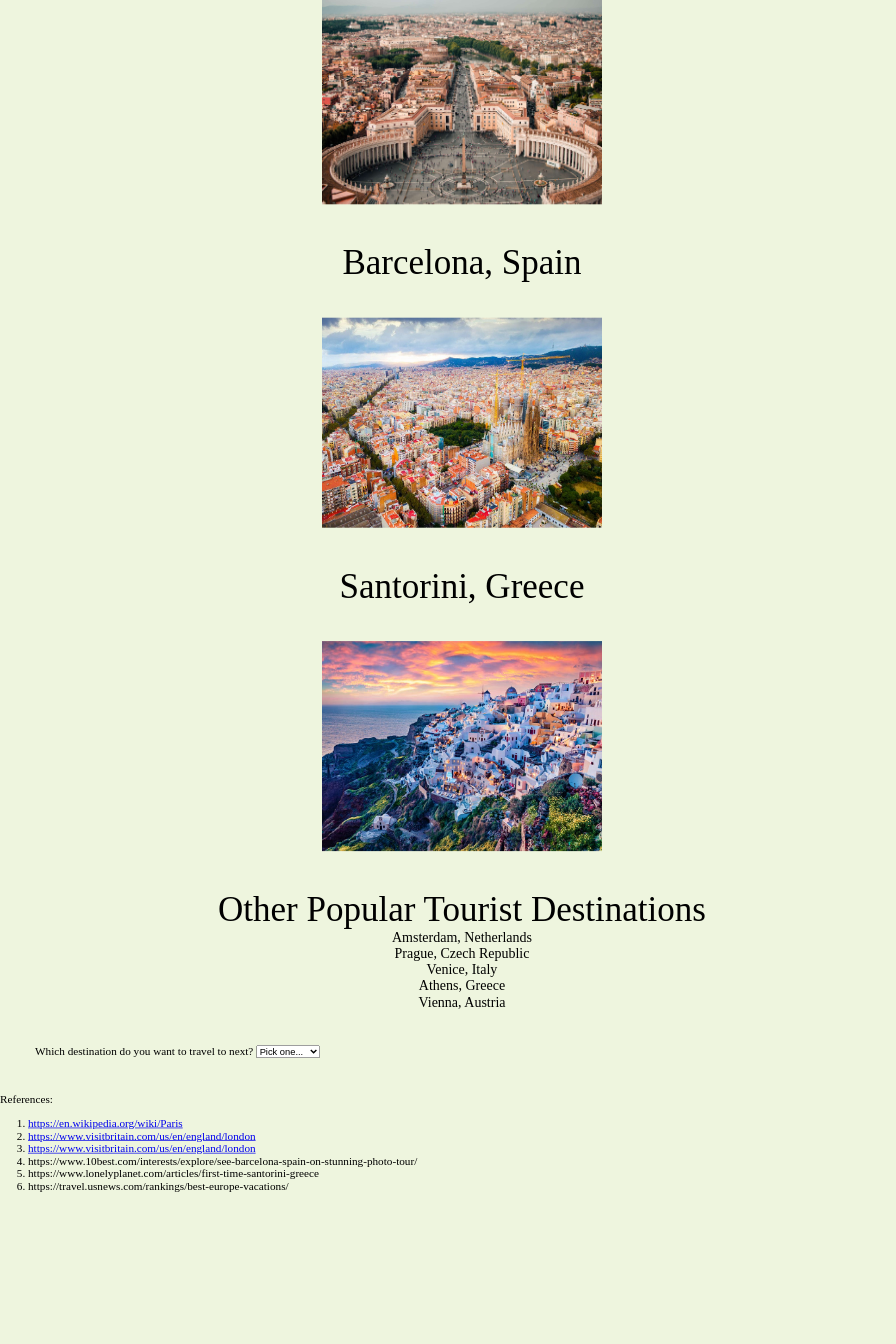
Repository: alharama/StaticWebsite
Page: eu_page.html
An editor plug-in stored every save of this project. The page is shown before and after the next save, followed by the edit.
The browser window is 1280 px wide. The pictures show the part of the page from y = 1757 to 3677 px (the page is 3677 px tall before and 3659 px after), at 70% of full size.

Above is the page before, as saved 2021-09-30 00:45:27.

### eu_page.html
<!DOCTYPE html>
<html>
<head>

    <link rel = "stylesheet" type="text/css" href="StyleSheet.css">;
    <link rel="icon" href="World.ico">;

    <title> Europe </title>

    <style>

        #eu {
            display: block;
            margin-left: auto;
            margin-right: auto;
            margin-top: 30px;
            width: auto;
            height: 300px;

        }
    </style>

</head>

    <header>
        Europe


        <div id="languages">
            <span>Hello</span>
            <span>Bonjour</span>
            <span>Marhabaan</span>
            <span>Zdravstvuyte</span>
            <span>nǐ hǎo</span>
            <span>Salve</span>
            <span>Konnichiwa</span>
            <span>Guten Tag</span>
            <span>Goddag</span>
            <span>Shikamoo</span>
        </div>
    </header>

    <body>

        <nav class="top_nav">
            <ul id="top_nav">
                <li><a href="/index.html">Home</a></li>
                <li><a href="/na_page.html">North America</a></li>
                <li><a href="/sa_page.html">South America</a></li>
                <li><a href="/eu_page.html">Europe</a></li>
                <li><a href="/af_page.html">Africa</a></li>
                <li><a href="/as_page.html">Asia</a></li>
                <li><a href="/au_page.html">Australia</a></li>
                <li><a href="/ant_page.html">Antarctica</a></li>
            </ul>
        </nav>


        <img id="eu" src="images/Europe.png" alt="Europe">
        <h1> Top Tourist Destinations in Europe</h1>


        <ul class = "tourist_spots">
            <li> Paris, France </li>

            <span><img id="dest" src="images/Paris.jpeg" alt="Paris">  </span>
            <li> London, United Kingdom </li>
            <span><img id = "dest" src="images/London.jpeg" alt="London">  </span>
            <li> Rome, Italy</li>
            <span><img id = "dest" src="images/Rome.jpeg" alt = "Rome">  </span>
            <li> Barcelona, Spain</li>
            <span><img id = "dest" src="images/Barcelona.jpeg" alt="Barcelona">  </span>
            <li> Santorini, Greece</li>
            <span><img id="dest" src="images/Santorini.jpeg" alt="Santorini">  </span>

            <div class = "extra_destinations">
                <span id="other_dest_header"> Other Popular Tourist Destinations</span>
                <li>  Amsterdam, Netherlands</li>
                <li> Prague, Czech Republic</li>
                <li> Venice, Italy</li>
                <li> Athens, Greece</li>
                <li> Vienna, Austria</li>
            </div>

        </ul>

        <div id="survey">

            Which destination do you want to travel to next?
            <select>
                <option>Pick one...</option>
                <option>Paris</option>
                <option>London</option>
                <option>Rome</option>
                <option>Barcelona</option>
                <option>Santorini</option>
                <option>Amsterdam</option>
                <option>Prague</option>
            </select>

        </div>

    </body>


    <footer>

        References:

        <ol>
            <li><a href="https://en.wikipedia.org/wiki/Paris">https://en.wikipedia.org/wiki/Paris</a></li>
            <li><a href="https://www.visitbritain.com/us/en/england/london">https://www.visitbritain.com/us/en/england/london</a></li>
            <li><a href="https://www.visitbritain.com/us/en/england/london">https://www.visitbritain.com/us/en/england/london</a></li>
            <li>https://www.10best.com/interests/explore/see-barcelona-spain-on-stunning-photo-tour/</li>
            <li>https://www.lonelyplanet.com/articles/first-time-santorini-greece</li>
            <li>https://travel.usnews.com/rankings/best-europe-vacations/</li>
        </ol>

    </footer>

</html>

### StyleSheet.css

 @import url('https://fonts.googleapis.com/css2?family=Kaushan+Script&display=swap');



 header {
    text-align: center;
    padding: 5px;
    font-family: 'Kaushan Script', cursive;
    font-size: 100px;
    border-bottom: 1px solid;

}

body{
    background: rgb(238, 245, 222);
    margin: 0px;
    padding-bottom: 200px;
}

.top_nav {
    width: 100%;
    font-size: 40px;
    text-align: center;
    color: red;

}

.top_nav ul {
    margin: 0px;
    color: blue;
}

.top_nav li {
    display: inline-block;

}

.top_nav a {
    text-decoration:underline;
    color: rgb(175, 52, 52);

}

.top_nav a:hover {
    background-color: lightgray;
}


#languages{

    display: flex;
    font-size: 20px;
    justify-content:space-around;
}



 h1 {
    text-align: center;
    font-family: 'Kaushan Script', cursive;
}

.tourist_spots {
    text-align: center;
}
.tourist_spots li {
    list-style: none;
    text-align: center;
    font-size: 50px;

}


#dest {
    width: 400px;
    height: 300px;
    padding: 50px;
}

#other_dest_header {
    font-size: 50px;
}
.extra_destinations li{
    font-size: 20px;
}

#survey {
    margin: 50px;
}

After the next save:
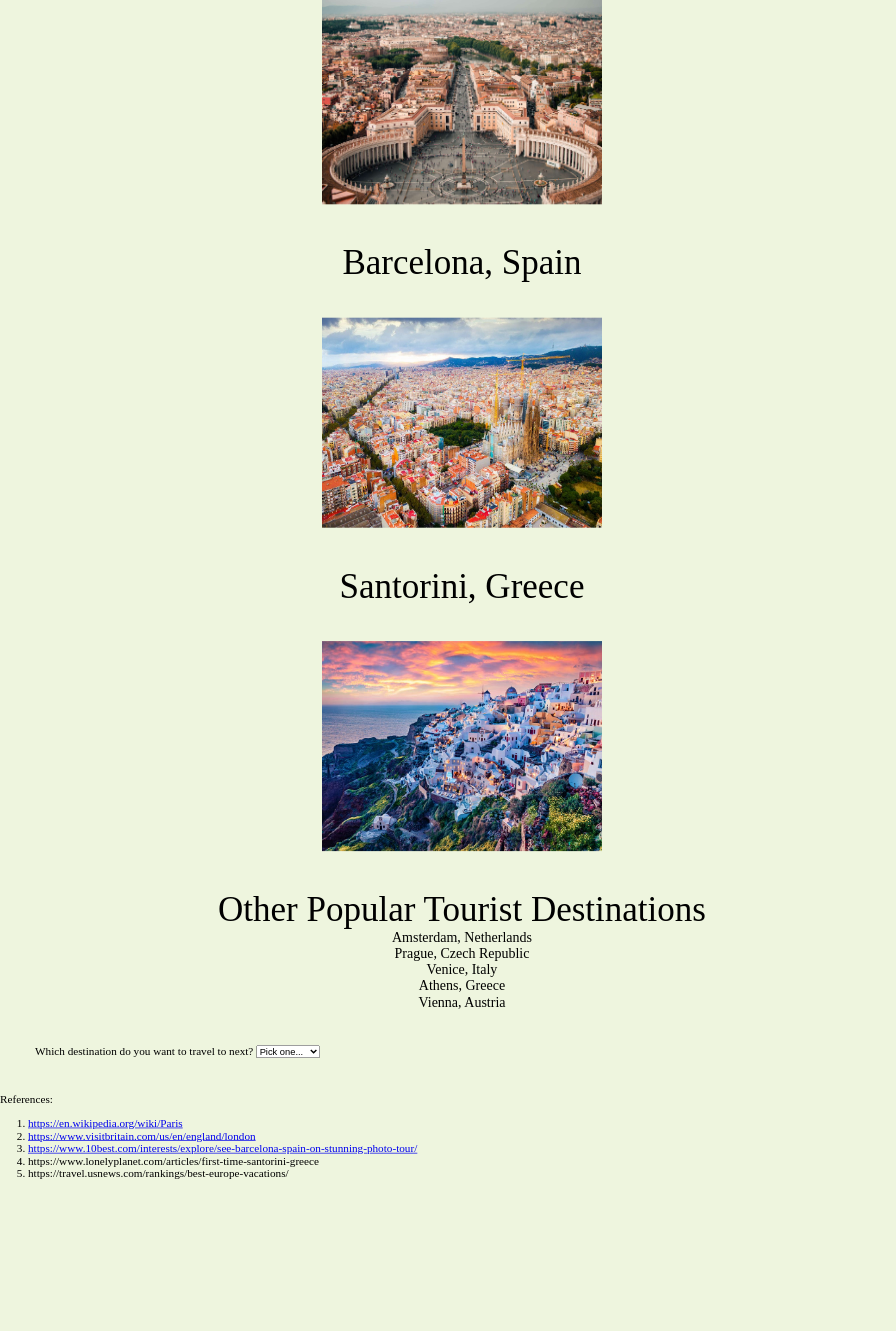
Saved 21 s later.
--- a/eu_page.html
+++ b/eu_page.html
@@ -110,8 +110,7 @@
         <ol>
             <li><a href="https://en.wikipedia.org/wiki/Paris">https://en.wikipedia.org/wiki/Paris</a></li>
             <li><a href="https://www.visitbritain.com/us/en/england/london">https://www.visitbritain.com/us/en/england/london</a></li>
-            <li><a href="https://www.visitbritain.com/us/en/england/london">https://www.visitbritain.com/us/en/england/london</a></li>
-            <li>https://www.10best.com/interests/explore/see-barcelona-spain-on-stunning-photo-tour/</li>
+            <li><a href="https://www.10best.com/interests/explore/see-barcelona-spain-on-stunning-photo-tour/">https://www.10best.com/interests/explore/see-barcelona-spain-on-stunning-photo-tour/</a></li>
             <li>https://www.lonelyplanet.com/articles/first-time-santorini-greece</li>
             <li>https://travel.usnews.com/rankings/best-europe-vacations/</li>
         </ol>
